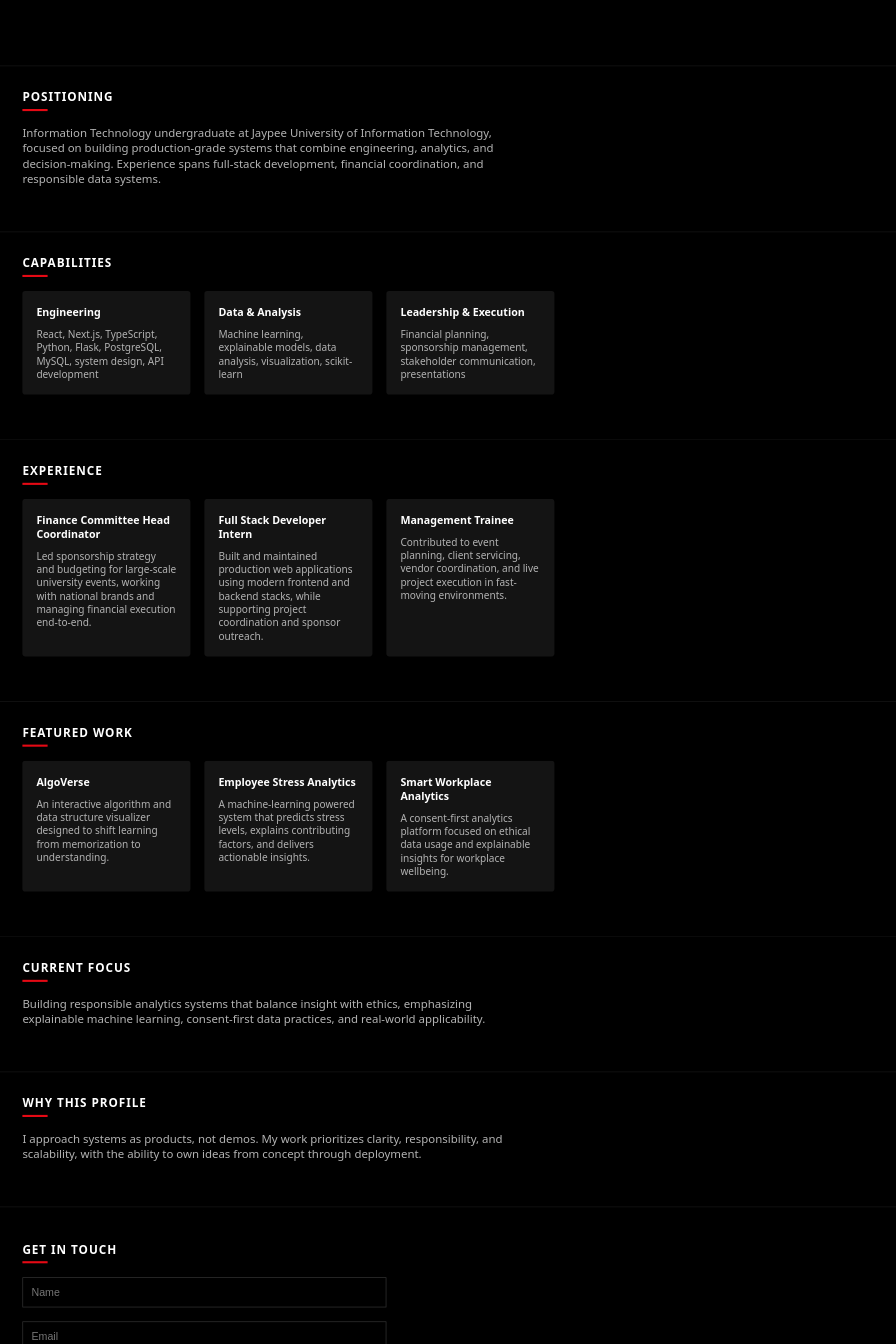
Repository: PratapOP/main-portfolio
Page: / (app in frontend/)
The author's editor kept a copy of each file at every save. The page is drawn from the files as they stood at one save, then again after the next save.
The browser window is 1280 px wide. The pictures show the part of the page from y = 554 to 2474 px (the page is 2756 px tall before and 2778 px after), at 70% of full size.
The project was rebuilt for these pictures with package versions that can differ from the ones it lists, and the page was loaded fresh each time. Also part of the build but not shown: frontend/vite.config.js.

Above is the page before, as saved 2026-01-01 18:50:48.

After the next save:
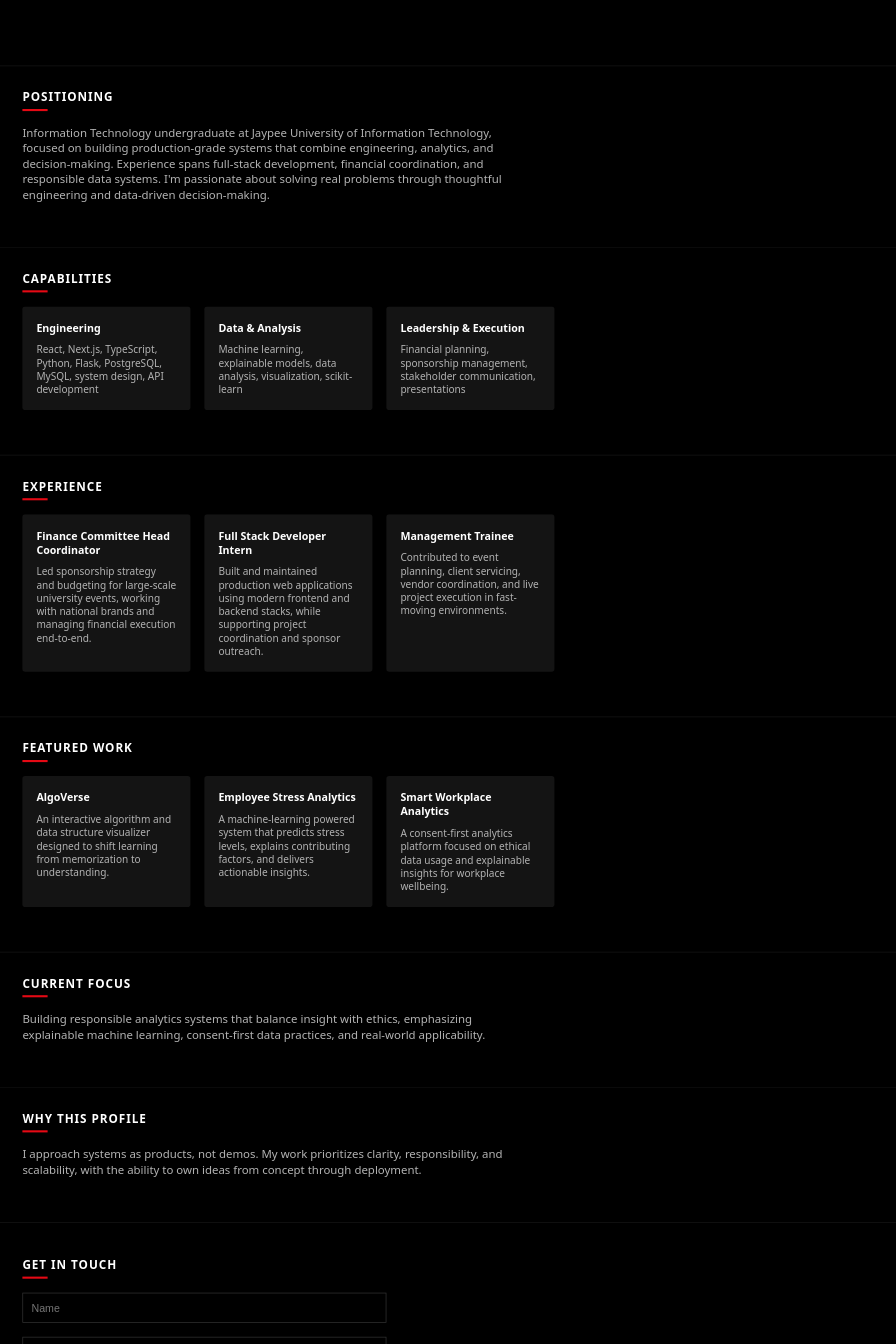
Saved 37 s later.
--- a/frontend/src/sections.jsx
+++ b/frontend/src/sections.jsx
@@ -56,6 +56,7 @@
             systems that combine engineering, analytics, and decision-making.
             Experience spans full-stack development, financial coordination,
             and responsible data systems.
+             I'm passionate about solving real problems through thoughtful engineering and data-driven decision-making.
             </p>
         </div>
         </motion.section>
